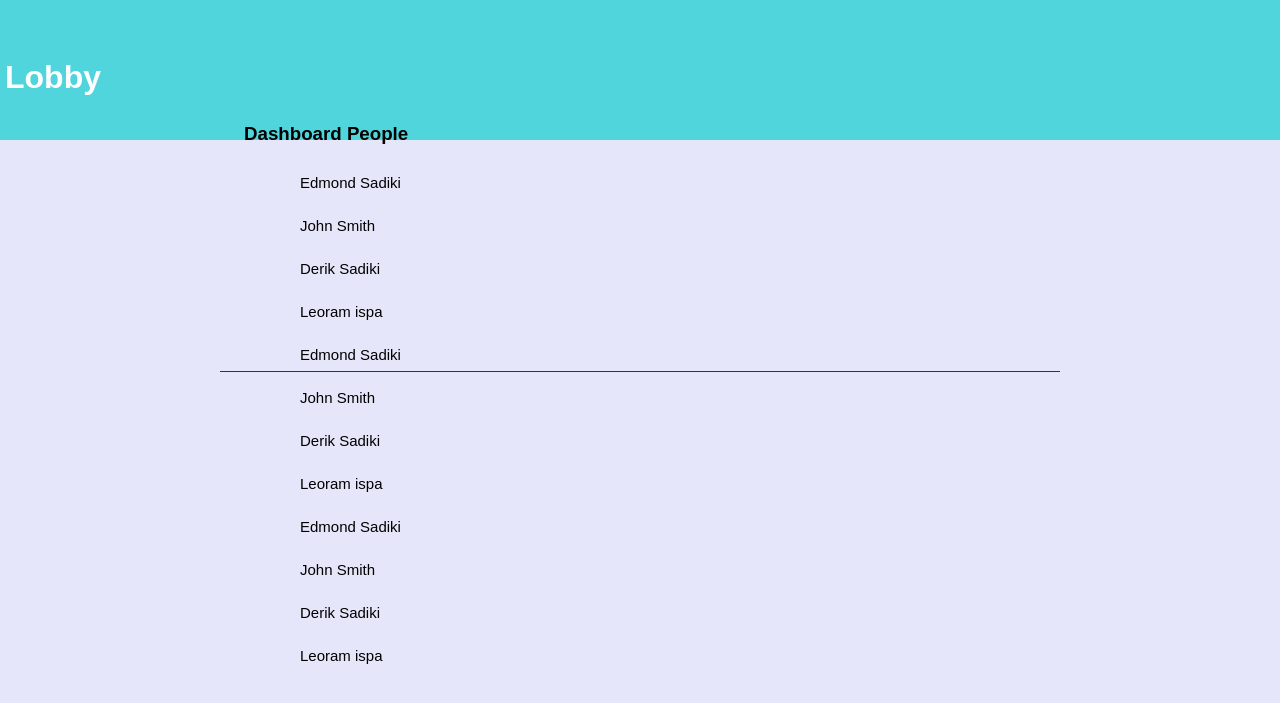
Repository: deriksadiki/react-routes-v6
Page: /weather
An editor plug-in stored every save of this project. The page is shown before and after the next save, followed by the edit.
The browser window is 1280 px wide. The pictures show the whole page.
The project was rebuilt for these pictures with package versions that can differ from the ones it lists, and the page was loaded fresh each time. Also part of the build but not shown: src/Components/topbar/RouteLinks.js, src/App.css, src/Components/Login/Login.js, src/Components/Profile/Profile.js, src/Components/SIgnup/SIgnup.js.

Above is the page before, as saved 2021-11-19 18:34:02.

After the next save:
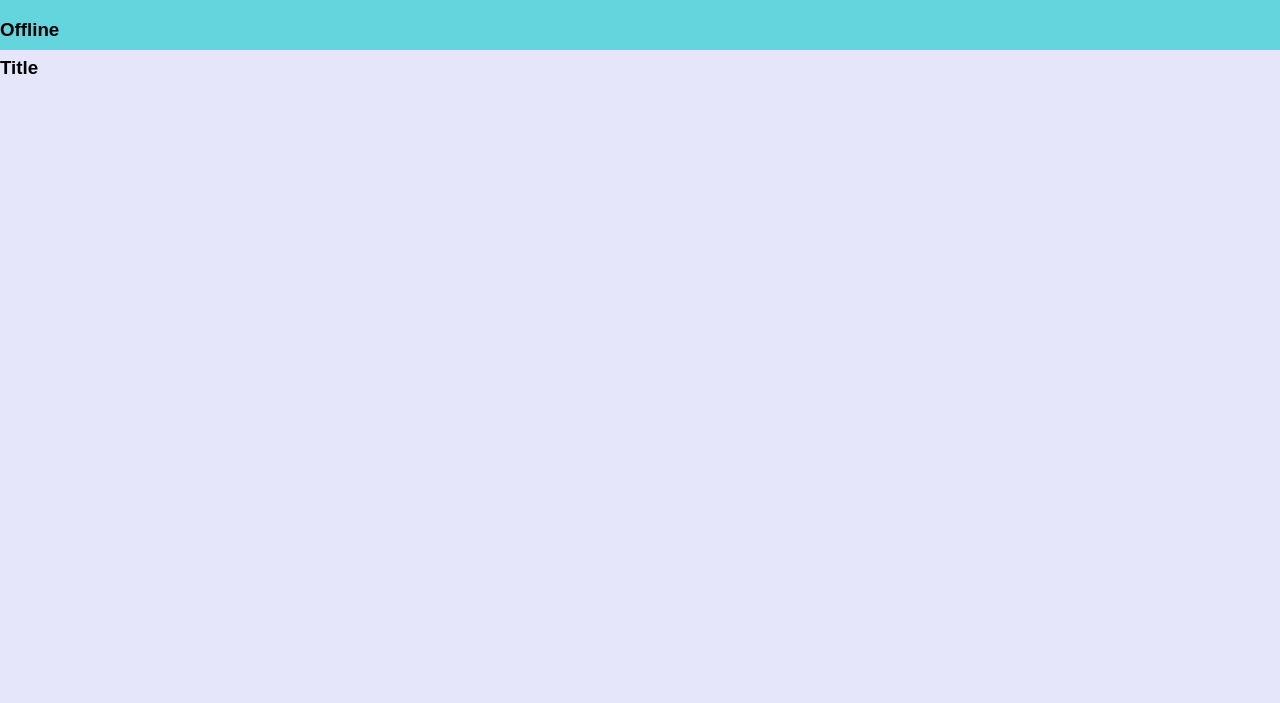
Saved 10 s later.
--- a/src/App.js
+++ b/src/App.js
@@ -7,7 +7,7 @@ import AuthRoutes from './Auth/Routes';
 function App() {
   return (
 
-    <AuthRoutes/>
+    <Topbar/>
   );
 }
 
